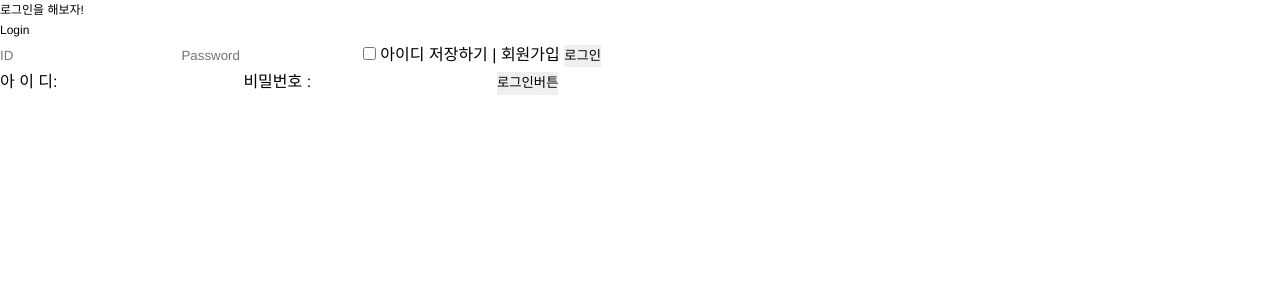
Repository: sejun98/sosobordgameJSP
Page: http://localhost/singup/login_form.jsp
An editor plug-in stored every save of this project. The page is shown before and after the next save, followed by the edit.
The browser window is 1280 px wide. The pictures show the whole page.
Some web fonts or font styles are not loaded; a fallback is used. The page is served by Tomcat 9.

Above is the page before, as saved 2022-10-07 07:20:03.

### singup/src/main/webapp/login_form.jsp
<%@ page language="java" contentType="text/html; charset=UTF-8"
    pageEncoding="UTF-8"%>
<%@ page import="java.sql.*" %>
<%@ page import="java.text.*" %>
<%@ page import="java.util.*, java.lang.*"  %>
<!DOCTYPE html>
<html>
<head>
<meta charset="UTF-8">
<title>로그인 폼</title>
<link rel="shortcut icon" href="images/pabicon.ico">
<link rel="stylesheet" href="css/style.css">
<link rel="stylesheet" href="css/reset.css">
<link href="https://fonts.googleapis.com/css?family=Nanum+Gothic" rel="stylesheet">
<link rel="stylesheet" type="text/css" href="css/slick.css">
<link rel="stylesheet" type="text/css" href="css/slick-theme.css">
<link href="https://fonts.googleapis.com/css?family=Poor+Story" rel="stylesheet">


</head>
<body>
<h1>로그인을 해보자!</h1>
<%
	String name = (String)session.getAttribute("name");
	if(name == null) {
%>

		<div class="login-wrapper">
			<h2>Login</h2>
			<form method="post" action="서버의url" id="login-form">
				<input type="text" name="userName" placeholder="ID">
				<input type="password" name="userPassword" placeholder="Password">
				<label for="remember-check" class="idsave">
					<input type="checkbox" id="remember-check">  아이디 저장하기 | 회원가입
				</label>
				<input type="submit" value="로그인">
			</form>
		</div>

	<form action="<%= request.getContextPath() %>/login_pro.jsp" method="post">
		아 이 디: <input type="text" name="id">
		비밀번호 : <input type="password" name="pw">
		<input type="submit" value="로그인버튼">
	</form>
<%
	} else {
			%>
		<%= name %>님 로그인 중
		<a href="<% request.getContextPath(); %> logout.jsp">로그아웃</a>
		<%
	}
%>
</body>
</html>

### singup/src/main/webapp/css/style.css
@charset "UTF-8";

header {
	width: 100%;
}

#header_top {
	float: right;
}
#header_top ul li {
	float: left;
	padding: 13px;
	padding-left: 0;
	line-height: 1;
}
#header_top ul li:nth-child(1) a{
	border-right: solid 1px;
	border-color: #E0E0E0;
	margin: 0px;
}
#header_top ul li:nth-child(2) a{
	margin-right: 0;
	border-right: solid 1px;
	border-color: #E0E0E0;
	margin: 0px;
}

#header_top ul li a {
	display: block;
	margin-right: 65px;
	padding-right: 10px;
}
header #logo {
	clear: both;
	text-align: center;
	margin-bottom: 20px;
}
.header_menu {
	width:100%;
	height: 60px;
	border-top: solid 2px;
}
.header_menu ul li {
	float: left;
	margin-left: 13%;
}
.header_menu ul li a {
	display: block;
	padding: 12px 0px 10px 0px;
	font-size: 20px;
	font-family: 'Nanum Gothic', sans-serif;
}
.header_menu ul li .bold:hover {
	font-weight:bold;
}
.header_menu ul li:nth-child(5) {
	float: left;
}
.header_menu_bar{
	width: 75%;
	margin: 0 auto;

}
/*header end //----------------------------*/
/*menu*/
#menu { width: 100%;}
#top {
	background-image: url(../images/top1_03.png);
	width: 107px;height: 133px;
	position: fixed;
	right: 2%; bottom: 50px;
	z-index: 999;
}
#menu #menu_img {
	margin: 0 auto;
	background-image: url(../images/design_in2dex_02_02.jpg);
	background-repeat: no-repeat;
	width: 100%; height: 509px;
	color: white;
}
.menu_box_txt {
	width: 17%;height: 509px;
	float: right;
	margin-right: 12%;
	background-color: #6b6b6b;
	position: relative;
}
.big_img_icon1 {
 background-image: url(../images/design_inde2_03.jpg);
 width: 49px;height: 41px;
 position: absolute;
	left: 38px;top: 55px;
}
.menu_img_txt {
	position: absolute;
	top: 58px; left: 120px;
	font-size: 24px;
	font-weight: 600;
}
.menu_img_txt a {
	color: white;
}
.big_img_icon2 {
	background-image: url(../images/design_inde2_06.jpg);
	position: absolute;
	top: 164px;left: 42px;
	width: 50px;height: 46px;
}
.t2 {
	position: absolute;
	top: 170px; left: 145px;
}
.big_img_icon3 {
	background-image: url(../images/design_inde2_10.jpg);
	position: absolute;
	left: 38px;top: 263px;
	width: 55px;height: 55px;
}
.t3 {
	position: absolute;
	top: 270px; left: 130px;
}
.t4 {
	position: absolute;
	top: 400px;	left: 50px;
	padding: 15px 25px 15px 25px;
	border:  2px solid white;
	border-radius: 20px;
	color: white;
}
#menu .container {
	width: 1200px;
	margin: 0 auto;
}
.img_go {
	width: 100%;
	height: 300px;
	margin: 0 auto;
}
.img_go1 {
	width: 580px; height: 185px;
	background-color: #DDDDDD;
	float: left;
	margin-right: 19px;
	margin-top: 30px;
	text-align: center;
}
.img_go1_blg {
	width: 353px; height: 185px;
	background-color: #DCDCDC;
	position: relative;
	float: left;
}

.img_go1_h3 {
	padding-top: 20px;
	font-size: 28px;
	color: #404040;
}
.h33 {
	position: relative;
	bottom:15px;
	padding: 0;
}
.img_go1:nth-child(2) h3{
	margin-bottom: 10px;
}
.img_go_box {
	padding: 10px 25px 10px 25px;
	border:  2px solid #404040;
	border-radius: 20px;
	width: 150px;
	font-size: 26px;
	position: absolute;
	bottom: 10px;right: 70px;
}
.img_go2 {
	width: 579px; height: 185px;
	background-color: #747474;
	float: right;
	margin-left: 19px;
	margin-top: 30px;
	text-align: center;
}
.img_go_img {
	width: 226px; height: 185px;
	background-image: url(../images/design_index_09.jpg);
	float: left;
}

.b2 {
	background-color: #7C7C7C;
}
.b2 .img_go1_h4 {
	padding-top: 20px;
	font-size: 28px;
	color: white;
}
.img_go1_h44 {
	position: relative;
	bottom:15px;
	font-size: 28px;
	color: white;
}
.img_go_box2 {
	padding: 6px 12px 6px 12px;
	border:  2px solid #fff;
	border-radius: 20px;
	width: 150px;
	font-size: 22px;
	margin-left: 26%;
	color: white;
}
.img_go_img2 {
	width: 226px; height: 185px;
	background-image: url(../images/design_index_11.jpg);
	float: left;
}
/*img_go !------------------*/
.kr_txt_m {
	margin-left: 50%;
	transform: translateX( -50%);
	width: 440px;height: 105px;
	position: relative;
}
#kr {
	width: 100%;height: 665px;
}
.kr_txt {
	font-size: 36px;
	color: #404040;
	line-height: 40px;
}
.kr_txt2 {
	font-size: 47px;
	position: absolute;
	bottom: 0;
	color: #404040;
}
.kr_box1 {
	width: 482px; height: 261px;
	background-color: #d7e093;
	float: left;
	font-size: 28px;
	position: relative;
	text-align: center;
}
.kr_box1_b {
	margin-top: 30px;
	width: 257px; height: 90px;
	float: left;
	position: relative;
}

.kr_box1 a p{
	position: absolute;
	bottom: 10px; left: 75px;
}
.kr_box1 a{
	color: #2C2C2C;
}
.kr_box2 a{
	color: #2C2C2C;
}
.kr_box3 a{
	color: #2C2C2C;
}
.kr_box1_img {
	background-image: url(../images/design_index_16.jpg);
	width: 155px; height: 220px;
	margin: 20px 35px 20px 35px;
	float: right;
}
.kr_box1 p{
line-height: 1;
}
.bang {
	font-size: 62px;
	font-weight: bold;
}
.kr_box2 {
	width: 718px;height: 522px;
	background-color:#dc8c90;
	float: right;
	font-size: 28px;
}
.kr_box2_b {
	margin-top: 60px;
	width: 206px; height: 400px;
	text-align: center;
	position: relative;
	padding-right: 20px;
	border-right:solid 1px black;
	float: left;
}
.kr_box2 p{

	position: absolute;
	top: 32px;left: 24px;
}
.jenga {
	margin-top: 130px;
	position: relative;
	/* bottom: 410px;  */
	left: 40px;
	float: left;
	font-size: 63px;
}
.kr_box2_img {
	background-image: url(../images/design_genga.png);
	background-size:contain;
	float: right;
	margin-top: 150px; margin-right: 30px;
	width: 350px; height: 350px;
}
.kr_box3 {
	width: 482px; height: 261px;
	background-color:  #c0cbef;
	float: left;
	font-size: 28px;
	text-align: center;
}
.kr_box3_b {
	margin-top: 30px;
	width: 257px; height: 90px;
	float: left;
	position: relative;
	float: left;
}
.kr_box3_b p {
	line-height: 1;
}
.kr_box3 a p {
	position: absolute;
	bottom: 10px; left: 75px;
}
.kr_box3_img {
	background-image: url(../images/design_index_23.jpg);
	width: 166px; height: 224px;
	margin: 18px 23px 18px 35px;
	float: right;
}
.rume {
	font-size: 41px;
	font-weight: bold;
	width: 257px; height: 80px;
	margin-top: 30px;
	float: left;
}
/**kr emd-----------------------------**/
#md_bar {
	background-image: url(../images/img/design_index_16_27_02.jpg);
	background-repeat: no-repeat;
	background-size: 100%;
	width: 100%; height: 356px;
	color: #e9e9e9;
	position: relative;
	margin-bottom: 60px;
}
.md_bar_txt {
	padding-top: 114px;
	text-align: center;
	font-size: 44px;
}
.soso {
	font-size: 25px;
	position: relative;
}
.soso_title_wja {
	background-image: url(../images/design_inde12321321x_03.jpg);
	width: 4px;height: 4px;
	position: absolute;
	top: -8px;right: 17px;
}
.soso_title_wja2 {
	background-image: url(../images/design_inde12321321x_03.jpg);
	width: 4px;height: 4px;
	position: absolute;
	top: -8px;right: 40px;
}
.md_bar_txt2 {
	text-align: center;
	font-size: 57px;
	margin-top: -30px;
}
/**md bar end-------**/
.off_box {
	width: 1200px; height: 780px;
}
.off_box ul li {
		color:#e9e9e9;
		font-size: 30px;
}
.off_box ul li:nth-child(1) div{
	font-size: 50px;
}
.off_box1 {
	background-image: url(../images/img/design_index_16_30.jpg);
	width: 700px; height: 415px;
	float: left;
	margin-right: 10px;
	margin-top: 1px;
	position: relative;
}
.off_box1 div {
	position: absolute;
	top: 20px;left: 40px;
}
.off_box2 {
	background-image: url(../images/img/design_index_16_33.jpg);
	width: 490px;height: 289px;
	float: right;
	margin-top: 117px;
	margin-bottom: 10px;
	position: relative;
}
.off_box2 div {
	position: absolute;
	top: 15px;left: 27px;
}
.off_box3 {
	background-image: url(../images/img/design_index_16_38.jpg);
	width: 221px;height: 260px;
	float: left;/**Pizza**/
	margin-top: 20px;
	position: relative;
}
.off_box3 div {
	position: absolute;
	top: 15px;left: 27px;
}
.off_box4 {
	background-image: url(../images/img/design_index_16_40.jpg);
	width: 442px;height: 260px;
	float: left;
	margin-top: 20px;
	margin-left: 18px;
	position: relative;
}
.off_box4 div {
	position: absolute;
	top: 15px;left: 27px;
}
.off_box5 {
	background-image: url(../images/img/design_index_16_37.jpg);
	width: 500px;height: 280px;
	float: right;
	position: relative;
}
.off_box5 div {
	position: absolute;
	top: 15px;left: 27px;
}
/**/
.newbord_title {
	font-size: 48px;
	text-align: center;
	position: relative;
}
.newbord_title_wja{
	background-image: url(../images/img/design_index_03.jpg);
	width: 4px;height: 4px;
	background-repeat: no-repeat;
	position: absolute;
	top: 18px;left:481px;
}
.newbord_title_wja2{
	background-image: url(../images/img/design_index_03.jpg);
	width: 4px;height: 4px;
	background-repeat: no-repeat;
	position: absolute;
	top: 18px;left:517px;
}
.newbord_title2 {
	font-size: 32px;
}
.newbord {
	width: 100%; height: 660px;
	background-color: #e1e1e1;
	float: left;
}
.newbord_intitle {
	font-size: 30px;
	text-align: center;
	margin-top: 15px;
}
.newbord_intitle p {
	margin-top: -15px;
	margin-bottom: 50px;
}
/*boxboxboxbox*/
.newebord_box1 {
	width: 206px; height: 327px;
	background-color: white;
	margin-left: 10.4%;
	float: left;
}
.newebord_box1:nth-child(1) {
	margin-left: 0%;
}
.newebord_box1:nth-child(4) {
	float: right;
}
.newbord_box_m {
	width: 1200px; height: 400px;
	margin: 0 auto;
}
.newbord_box1_txt {
	margin-top: 5px;
	margin-bottom: 30px;
	font-size: 17px;
	text-align: center;
	font-weight: 500;
}
.newbord_box1_img2 {
	background-image: url(../images/img/design_index_16_60.jpg);
	width: 49px; height: 45px;
	margin-left: 30px;
	float: left;
	margin-right: 20px;
}
.newbord_box1_p {
	font-size: 16px;
	margin-top: -3px;
	font-weight: bold;
}
.p2 {
	font-size: 13px;
	color: #8d8d8d;
	margin-top: 0;
	text-decoration: line-through;
}
.newbord ul li:nth-child(2) img{
	margin-left: 30px;
}
.newbord_box1_txt p{
	margin-top: -7px;
}
.regular_box_kr{
	width: 220px;
	height: 380px;
	background-color: white;
}
.boxtxt2 {
	margin-bottom: 10px;
}
.newbord ul li:nth-child(2) .newbord_box1_txt {
	margin-bottom: 5px;
}
/*newbord end----------------------------------*/

.down_box {
	width: 100%;
	height: 296px;
	background-color: #CDFFC3;
	float: left;
}
.down_box_img {
	background-image: url(../images/User_dow.jpg);
	background-repeat: no-repeat;
	width: 50%;height: 300px;
	float: left;
}
.down_box_txt {
	color: white;
	font-size: 35px;
	text-align: center;
	margin-top: 60px;
	position: relative;
}
.down_soso {
	font-size: 20px;
}
.down_soso span:before {
	content: "•";
	color: #dc3434;
	font-size: 1em;
	position: relative;
	left: 19px;
	top: -20px;
}
.down_sosos{
	font-size: 20px;
}
.down_sosos span:before {
	content: "•";
	color: #f7f549;
	font-size: 1em;
	position: relative;
	left: 19px;
	top: -20px;
}
.down_soso_img {
	background-image: url(../images/design_inde22x_08.jpg);
	width: 4px;height: 4px;
	position: absolute;
	left: 313px; top: 15px;
}
.down_soso_img2 {
	background-image: url(../images/design_inde22x_08.jpg);
	width: 4px;height: 4px;
	position: absolute;
	left: 333px; top: 15px;
}
.down_box_txt p {
	margin-top: -25px;
	font-size: 45px;
}
.down_box_txt .pp2{
	line-height: 46px;
	font-size: 20px;
}
.search {
	width: 421px;
	position: relative;
	margin-left: 50%;
	transform: translateX(-50%);
}
.inputbox {
	float: left;
	font-size: 18px;
	color: #ebebeb;
	padding-left: 10px;
	background-color: rgba(255,255,255,0);
	border: solid 5px #ebebeb;
	width: 421px; height: 46px;
	margin-top: 10px;


}
.search .inputbox_button{
	position: absolute;
	top: 20px;right: -13px;
	background-color: transparent;
}



.down_title {
	margin-top: 20px;
	width: 200px; height: 50px;
	background-color: #fff;
	border-radius: 50px;
	margin-left: 50%;
	transform: translateX(-50%);
	color: #000;
	font-size: 20px;
	font-weight: bold;
	line-height: 50px;

}
.down_title:hover {
	background-color: #646464;
	color: #F0F0F0
}
/*footer start*/
.footer_box {
	width: 100%; height: 218px;
	background-color: #262626;
	clear: both;
	color: #bfbfbf;
}
.footer_title {
	padding-top: 10px;
	font-size: 35px;
	text-align: center;
	margin-top: 60px;
	position: relative;
}
.footer_title span {
	font-size: 20px;
}
.footer_txt {
	font-size: 14px;
	text-align: center;
	line-height: 25px;
}
.footer_title_wja {
	background-image: url(../images/design_indexdd_03.jpg);
	width: 4px;height: 4px;
	background-repeat: no-repeat;
	float: left;
	position: absolute;
	top: -8px;right: 13px;
}
.footer_title_wja2 {
	background-image: url(../images/design_indexdd_03.jpg);
	width: 4px;height: 4px;
	background-repeat: no-repeat;
	float: left;
	position: absolute;
	top: -8px;right: 32px;
}

#susu {
	position: relative;
}

#rjatk {
	float: left;
}

/*Slick*/
 .slider {
        width: 50%;
        margin: 0 auto;
    }

    .slick-slide {
      margin: 0px 20px;
    }

    .slick-slide img {
      width: 90%;
      margin: 0 auto;
      padding-top: 5%;
    }

    .slick-prev:before,
    .slick-next:before {
      color: black;
    }


    .slick-slide {
      transition: all ease-in-out .3s;
      opacity: 1;
    }

    .slick-active {
      opacity: 1;
    }

    .slick-current {
      opacity: 1;
    }
    /*slick*/

### singup/src/main/webapp/css/reset.css
*{
 margin:0;
 padding:0;
 border:none;
 	list-style:none;
	text-decoration: none;
	font-family: 'Nanum Gothic', sans-serif;
	font-family: noto,notojp,notokr,Helvetica
	,Microsoft YaHei,Apple SD Gothic Neo,Malgun Gothic,
	"\B9D1\C740 \ACE0\B515",Dotum,\\B3CB\C6C0,sans-serif;
}

/*여백초기화*/
body, div, dl, dd, dt, ul, li, ol, h1, h2, h3, h4, h5, h6, form, legend, textarea, select, fieldset, p, button {margin: 0; padding: 0;}

/*링크 초기화 */
a { color: #273743; text-decoration: none; }
a:hover { color: #000000; }

/*폰트초기화 */
body, input, textarea, select, button, table {line-height: 1.7} /*나눔고딕은 크로스브라우져에 가장 적합 */

/*h태그 초기화 */
h1, h2, h3, h4, h5, h6 { font-size: 12px; font-weight: normal; }

/*목록태그 초기화*/
li, ol, ul {list-style: none;}

/*ir*/

.ir { width: 0; height: 0; font-size: 0; line-height: 0; overflow: hidden; position: absolute; left: 0; top: 0; }
.cursor {
	cursor:pointer;
}
.down_title:hover {
	background-color: #646464;
	color: #F0F0F0
}

### singup/src/main/webapp/css/slick.css
/* Slider */
.slick-slider
{
    position: relative;

    display: block;
    box-sizing: border-box;
}

.slick-list
{
    position: relative;

    display: block;
    overflow: hidden;

    margin: 0;
    padding: 0;
}
.slick-list:focus
{
    outline: none;
}
.slick-list.dragging
{
    cursor: pointer;
}

.slick-slider .slick-track,
.slick-slider .slick-list
{

}

.slick-track
{
    position: relative;
    top: 0;
    left: 0;

    display: block;
    margin-left: auto;
    margin-right: auto;
}
.slick-track:before,
.slick-track:after
{
    display: table;

    content: '';
}
.slick-track:after
{
    clear: both;
}
.slick-loading .slick-track
{
    visibility: hidden;
}

.slick-slide
{
    display: none;
    float: left;

    height: 100%;
    min-height: 1px;
}
[dir='rtl'] .slick-slide
{
    float: right;
}
.slick-slide img
{
    display: block;
}
.slick-slide.slick-loading img
{
    display: none;
}
.slick-initialized .slick-slide
{
    display: block;
}
.slick-loading .slick-slide
{
    visibility: hidden;
}
.slick-vertical .slick-slide
{
    display: block;

    height: auto;

    border: 1px solid transparent;
}
.slick-arrow.slick-hidden {
    display: none;
}

### singup/src/main/webapp/css/slick-theme.css
/* Slider */
.slick-loading .slick-list
{
    background: #fff url('./ajax-loader.gif') center center no-repeat;
}

/* Icons */
@font-face
{
    font-family: 'slick';
    font-weight: normal;
    font-style: normal;

    src: url('./fonts/slick.eot');
    src: url('./fonts/slick.eot?#iefix') format('embedded-opentype'), url('./fonts/slick.woff') format('woff'), url('./fonts/slick.ttf') format('truetype'), url('./fonts/slick.svg#slick') format('svg');
}
/* Arrows */
.slick-prev,
.slick-next
{
    font-size: 0;
    line-height: 0;

    position: absolute;
    top: 50%;

    display: block;

    width: 20px;
    height: 20px;
    padding: 0;

    transform: translate(0, -50%);

    cursor: pointer;

    color: transparent;
    border: none;
    outline: none;
    background: transparent;
}
.slick-prev:hover,
.slick-prev:focus,
.slick-next:hover,
.slick-next:focus
{
    color: transparent;
    outline: none;
    background: transparent;
}
.slick-prev:hover:before,
.slick-prev:focus:before,
.slick-next:hover:before,
.slick-next:focus:before
{
    opacity: 1;
}
.slick-prev.slick-disabled:before,
.slick-next.slick-disabled:before
{
    opacity: .25;
}

.slick-prev:before,
.slick-next:before
{
    font-family: 'slick';
    font-size: 40px;
    line-height: 1;

    opacity: .75;
    color: white;


}

.slick-prev
{
    left: -25px;
}
[dir='rtl'] .slick-prev
{
    right: -25px;
    left: auto;
}
.slick-prev:before
{
    content: '←';
}
[dir='rtl'] .slick-prev:before
{
    content: '→';
}

.slick-next
{
    right: -25px;
}
[dir='rtl'] .slick-next
{
    right: auto;
    left: -25px;
}
.slick-next:before
{
    content: '→';
}
[dir='rtl'] .slick-next:before
{
    content: '←';
}

/* Dots */
.slick-dotted.slick-slider
{
    margin-bottom: 30px;
}

.slick-dots
{
    position: absolute;
    bottom: -25px;

    display: block;

    width: 100%;
    padding: 0;
    margin: 0;

    list-style: none;

    text-align: center;
}
.slick-dots li
{
    position: relative;

    display: inline-block;

    width: 20px;
    height: 20px;
    margin: 0 5px;
    padding: 0;

    cursor: pointer;
}
.slick-dots li button
{
    font-size: 0;
    line-height: 0;

    display: block;

    width: 20px;
    height: 20px;
    padding: 5px;

    cursor: pointer;

    color: transparent;
    border: 0;
    outline: none;
    background: transparent;
}
.slick-dots li button:hover,
.slick-dots li button:focus
{
    outline: none;
}
.slick-dots li button:hover:before,
.slick-dots li button:focus:before
{
    opacity: 1;
}
.slick-dots li button:before
{
    font-family: 'slick';
    font-size: 6px;
    line-height: 20px;

    position: absolute;
    top: 0;
    left: 0;

    width: 20px;
    height: 20px;

    content: '•';
    text-align: center;

    opacity: .25;
    color: black;

}
.slick-dots li.slick-active button:before
{
    opacity: .75;
    color: black;
}

After the next save:
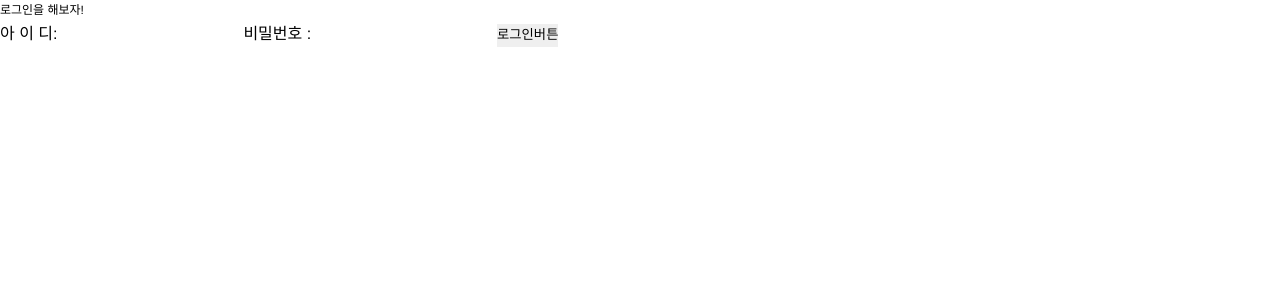
Saved 13 s later.
--- a/singup/src/main/webapp/login_form.jsp
+++ b/singup/src/main/webapp/login_form.jsp
@@ -25,17 +25,6 @@
 	if(name == null) {
 %>
 
-		<div class="login-wrapper">
-			<h2>Login</h2>
-			<form method="post" action="서버의url" id="login-form">
-				<input type="text" name="userName" placeholder="ID">
-				<input type="password" name="userPassword" placeholder="Password">
-				<label for="remember-check" class="idsave">
-					<input type="checkbox" id="remember-check">  아이디 저장하기 | 회원가입
-				</label>
-				<input type="submit" value="로그인">
-			</form>
-		</div>
 
 	<form action="<%= request.getContextPath() %>/login_pro.jsp" method="post">
 		아 이 디: <input type="text" name="id">

After the save that followed:
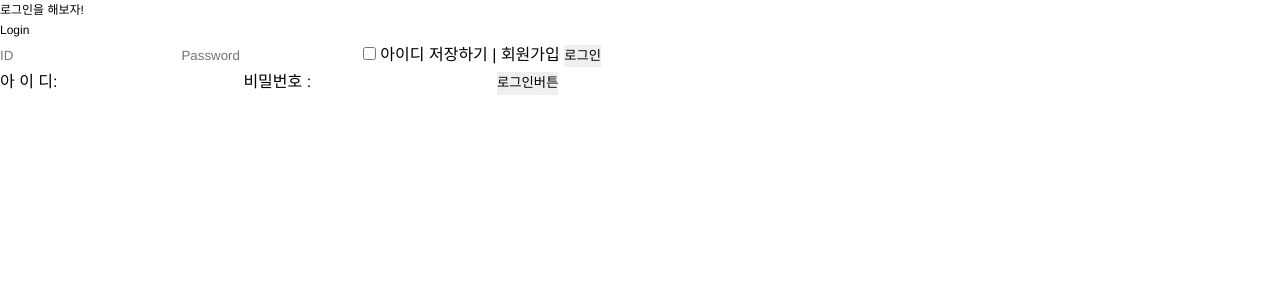
Saved 32 s later.
--- a/singup/src/main/webapp/login_form.jsp
+++ b/singup/src/main/webapp/login_form.jsp
@@ -24,7 +24,19 @@
 	String name = (String)session.getAttribute("name");
 	if(name == null) {
 %>
-
+	<form action="<%= request.getContextPath() %>/login_pro.jsp" method="post">
+		<div class="login-wrapper">
+			<h2>Login</h2>
+			<form method="post" action="서버의url" id="login-form">
+				<input type="text" name="userName" placeholder="ID">
+				<input type="password" name="userPassword" placeholder="Password">
+				<label for="remember-check" class="idsave">
+					<input type="checkbox" id="remember-check">  아이디 저장하기 | 회원가입
+				</label>
+				<input type="submit" value="로그인">
+			</form>
+		</div>
+	</form>
 
 	<form action="<%= request.getContextPath() %>/login_pro.jsp" method="post">
 		아 이 디: <input type="text" name="id">
